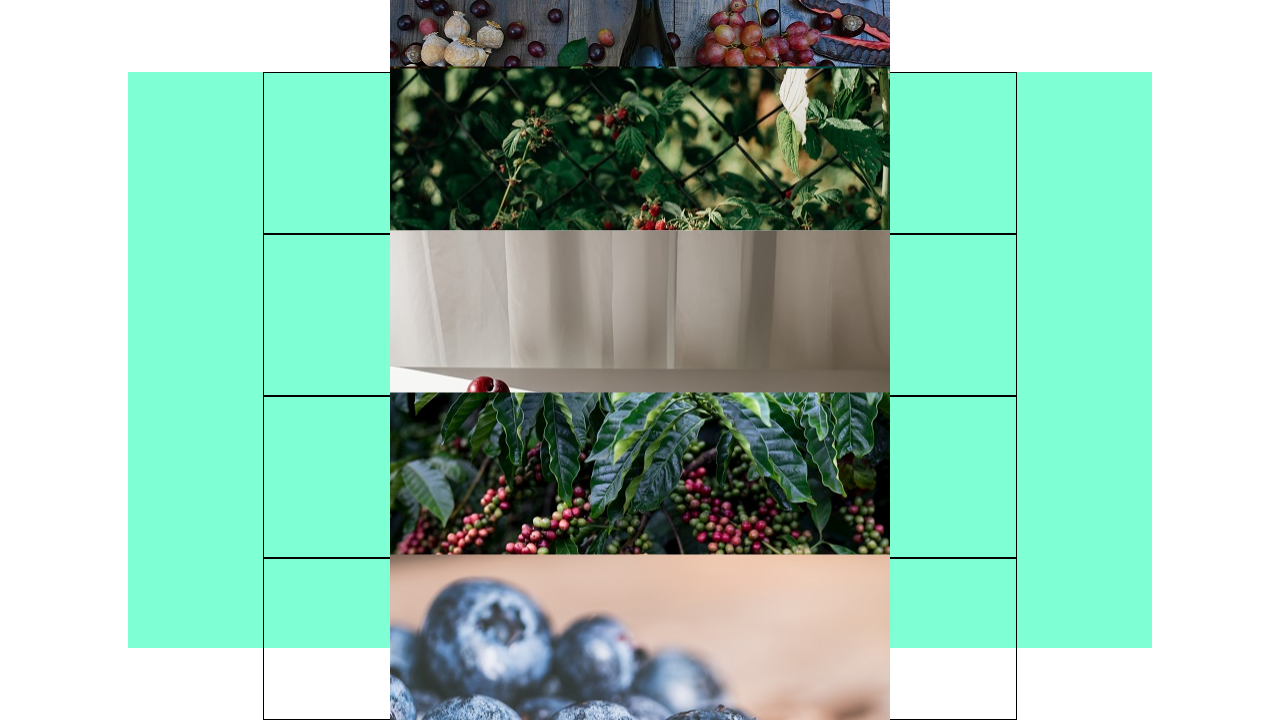
Repository: lidkaa/devTasks
Page: 0. Zadania Testowe/zadania/FlexboxCentered.html
An editor plug-in stored every save of this project. The page is shown before and after the next save, followed by the edit.
The browser window is 1280 px wide. The pictures show the whole page.

Above is the page before, as saved 2022-01-31 14:16:19.

After the next save:
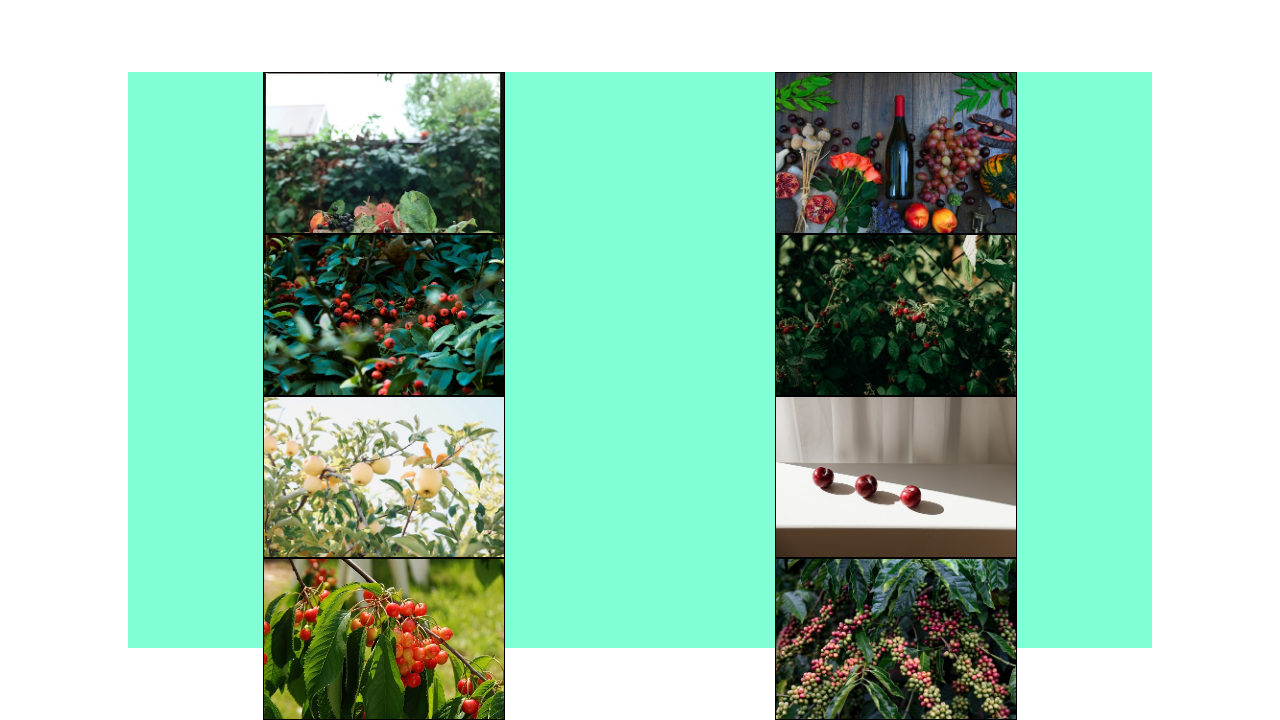
Saved 38 s later.
--- a/0. Zadania Testowe/zadania/flexboxcentered.css
+++ b/0. Zadania Testowe/zadania/flexboxcentered.css
@@ -39,7 +39,4 @@
     margin: auto;
     justify-content: center;
     align-items: center;
-    position: absolute;
-    left: 50%;
-    transform:translate(-50%,-50%);
   }
